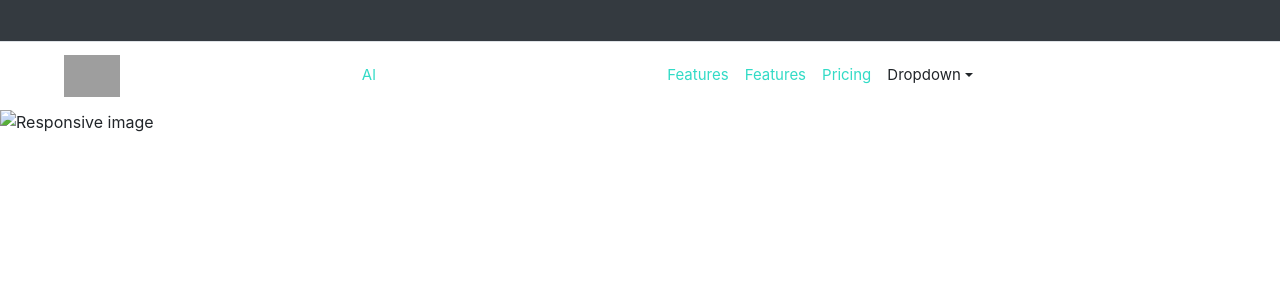
Repository: Alaa-OmarAlshobaki/portfolio
Page: index.html
The author's editor kept a copy of each file at every save. The page is drawn from the files as they stood at one save, then again after a run of saves.
The browser window is 1280 px wide. The pictures show the whole page.
Pictures or frames that could not be fetched are drawn as grey boxes. Some web fonts or font styles are not loaded; a fallback is used.

Above is the page before, as saved 2020-03-12 00:26:19.

### index.html
<!DOCTYPE html>
<html lang="en">
  <head>
    <meta charset="UTF-8" />
    <meta name="viewport" content="width=device-width, initial-scale=1.0" />
    <link rel="icon" href="public/img/cv.png" type="image/gif" sizes="16x16">
    <link rel="stylesheet" href="public/fonts/icomoon/style.css">
    <link rel="stylesheet" href="public/fonts/flaticon/font/flaticon.css">
    <link rel="stylesheet" href="https://stackpath.bootstrapcdn.com/bootstrap/4.3.1/css/bootstrap.min.css" integrity="sha384-ggOyR0iXCbMQv3Xipma34MD+dH/1fQ784/j6cY/iJTQUOhcWr7x9JvoRxT2MZw1T" crossorigin="anonymous">
    <link href="https://fonts.googleapis.com/css?family=Dancing+Script&display=swap" rel="stylesheet">
    <link rel="stylesheet" href="public/js/jquery-ui/jquery-ui.css" />
    <link rel="stylesheet" href="public/css/style.css" />
    <script src="https://code.jquery.com/jquery-3.3.1.slim.min.js" integrity="sha384-q8i/X+965DzO0rT7abK41JStQIAqVgRVzpbzo5smXKp4YfRvH+8abtTE1Pi6jizo" crossorigin="anonymous"></script>
    <script src="https://cdnjs.cloudflare.com/ajax/libs/popper.js/1.14.7/umd/popper.min.js" integrity="sha384-UO2eT0CpHqdSJQ6hJty5KVphtPhzWj9WO1clHTMGa3JDZwrnQq4sF86dIHNDz0W1" crossorigin="anonymous"></script>
    <script src="https://stackpath.bootstrapcdn.com/bootstrap/4.3.1/js/bootstrap.min.js" integrity="sha384-JjSmVgyd0p3pXB1rRibZUAYoIIy6OrQ6VrjIEaFf/nJGzIxFDsf4x0xIM+B07jRM" crossorigin="anonymous"></script>
    <script type="text/javascript" src="public/js/jquery.js"></script>
    <script type="text/javascript" src="public/js/jquery-ui/jquery-ui.js"></script>

    <script>

      </script>

    <title>Portfolio</title>

    </style>
  </head>
  <body>

  <div class="site-wrap">
<!-- start section social header -->
  <section>

    <div class="border-bottom top-bar py-2 bg-dark" id="home-section">
      <div class="container">
        <div class="row">
         <div class="col-7"></div>
          <div class="col-5">
            <div class="row">
              <div class="col-2"><a href="https://github.com/Alaa-OmarAlshobaki"><span class="icon-github"></span></a></div>
              <div class="col-2"><a href="https://jo.linkedin.com/in/ala-a-omar-al-shobaki-1b4059186?trk=people-guest_people_search-card"><span class="icon-linkedin"></span></a></div>
              <div class="col-2"><a href="mailto:alaaomaralshobaki@gmail.com"><span class="icon-mail_outline"></span></a></div>
              <div class="col-2"><a href="tel:+962788320226"><span class="icon-phonelink_ring"></span></a></div>
            </div>
          </div>
        </div>
      </div>
    </div>

</section>
<!-- end section social header -->
<!-- start section header -->
<section>
   <!--Navbar-->
   <nav class="navbar navbar-expand-lg  bg-white">
    <a class="navbar-brand ml-5" href="#">
      <img src="public/img/cv.png"  class="d-inline-block align-top" alt="">
    </a>
    <a href="index.html">Al</a>
    <div class="container">

      <!-- Collapse button -->
      <button class="navbar-toggler float-right" type="button" data-toggle="collapse" data-target="#navbarSupportedContent"
        aria-controls="navbarSupportedContent" aria-expanded="false" aria-label="Toggle navigation">
        <span class="navbar-toggler-icon"></span>
      </button>

      <!-- Collapsible content -->
      <div class="collapse navbar-collapse justify-content-center" id="navbarSupportedContent">

        <!-- Links -->
        <ul class="navbar-nav">

          <li class="nav-item">
            <a class="nav-link" href="#">Features</a>
          </li>

          <li class="nav-item">
            <a class="nav-link" href="#">Features</a>
          </li>
          <li class="nav-item">
            <a class="nav-link" href="#">Pricing</a>
          </li>

          <!-- Dropdown -->
          <li class="nav-item dropdown">
            <a class="nav-link dropdown-toggle" id="navbarDropdownMenuLink" data-toggle="dropdown" aria-haspopup="true"
              aria-expanded="false">Dropdown</a>
            <div class="dropdown-menu dropdown-primary" aria-labelledby="navbarDropdownMenuLink">
              <a class="dropdown-item" href="#">Action</a>
              <a class="dropdown-item" href="#">Another action</a>
              <a class="dropdown-item" href="#">Something else here</a>
            </div>
          </li>

        </ul>
        <!-- Links -->

      </div>
      <!-- CTA -->

    </div>

  </nav>
  <!--/.Navbar-->
</section>
<!-- end section header -->
<!-- start section cover -->
<section>
<div class="container-fluid">
  <div class="row">
    <img src="" class="img-fluid" alt="Responsive image">
  </div>
</div>
</section>
<!-- end section cover -->
  </div><!-- end div site-wrap-->
  </body>
</html>

### public/css/style.css
a {
  color: #32dbc6;
  text-decoration: none;
  background-color: transparent;
  font-size: 15px;
}
a:hover {
  color: #1da493;
  text-decoration: none;
}
nav a img{
  width: 20%;
}

Loaded but not shown: public/fonts/icomoon/style.css (common file); public/fonts/flaticon/font/flaticon.css (common file); public/js/jquery-ui/jquery-ui.css (library); public/js/jquery.js (library); public/js/jquery-ui.js (library)

After the next 3 saves:
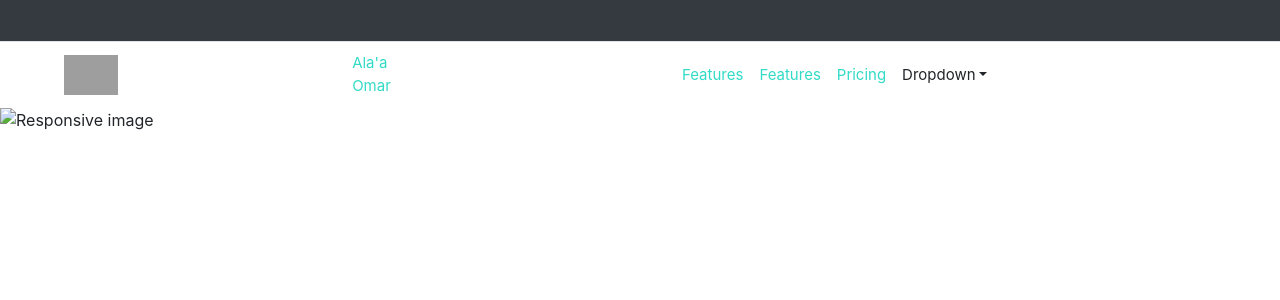
The 3 saves are shown as one change because they came seconds apart.
The last was saved 9 s later.
--- a/index.html
+++ b/index.html
@@ -55,7 +55,7 @@
     <a class="navbar-brand ml-5" href="#">
       <img src="public/img/cv.png"  class="d-inline-block align-top" alt="">
     </a>
-    <a href="index.html">Al</a>
+    <a href="index.html">Ala'a Omar</a>
     <div class="container">
 
       <!-- Collapse button -->
